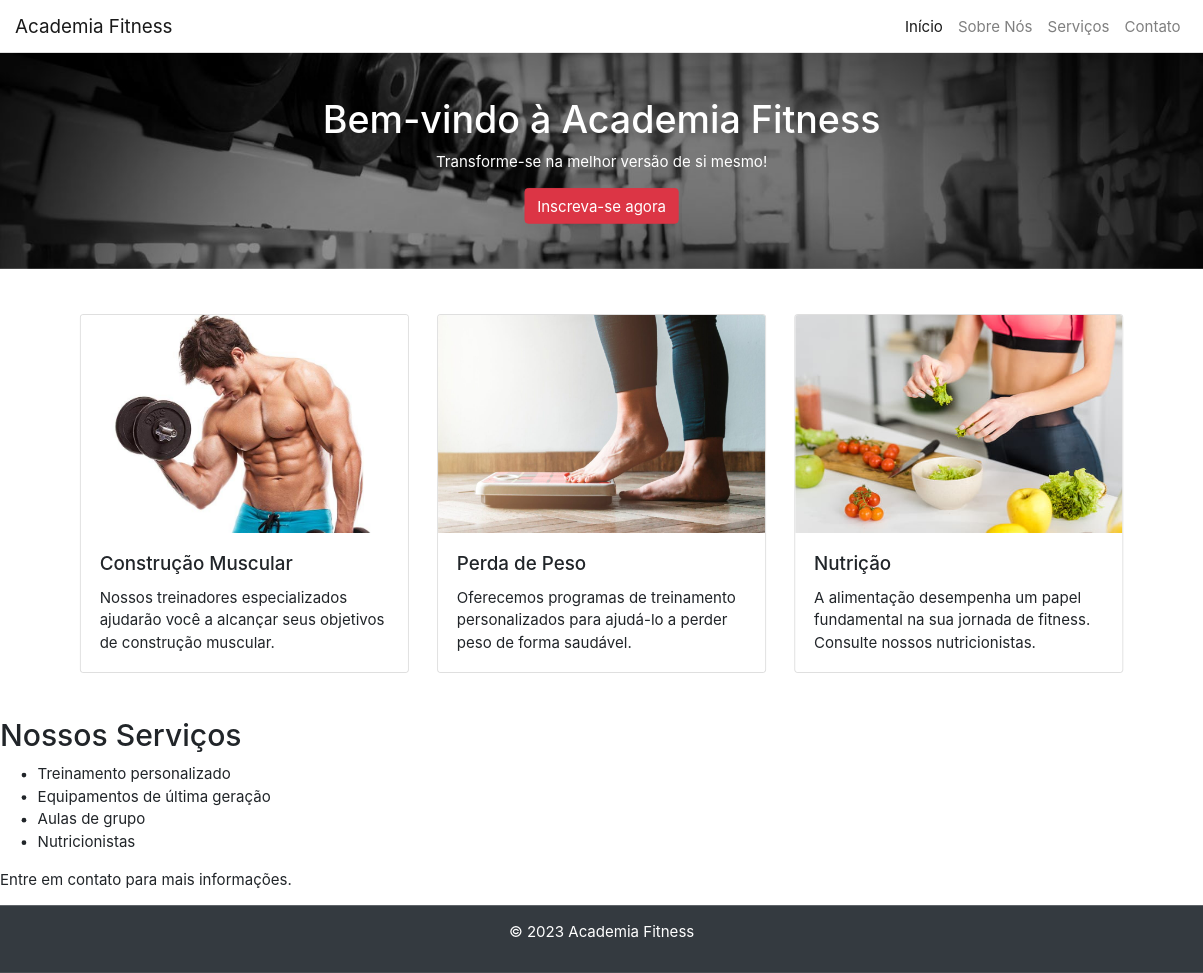
Repository: 01nethy/pratica14
Page: index.html
An editor plug-in stored every save of this project. The page is shown before and after the next save, followed by the edit.
The browser window is 1280 px wide. The pictures show the whole page, at 94% of full size.

Above is the page before, as saved 2023-09-07 23:55:52.

### index.html
<!DOCTYPE html>
<html lang="pt-BR">
<head>
    <meta charset="UTF-8">
    <meta name="viewport" content="width=device-width, initial-scale=1.0">
    <title>Academia de Musculação</title>
    <link rel="stylesheet" href="https://stackpath.bootstrapcdn.com/bootstrap/4.5.2/css/bootstrap.min.css">
    <link rel="stylesheet" href="style.css">
</head>
<body>

<!-- Barra de navegação -->
<nav class="navbar navbar-expand-lg navbar-light bg-white">
    <a class="navbar-brand" href="#">Academia Fitness</a>
    <button class="navbar-toggler" type="button" data-toggle="collapse" data-target="#navbarNav" aria-controls="navbarNav" aria-expanded="false" aria-label="Toggle navigation">
        <span class="navbar-toggler-icon"></span>
    </button>
    <div class="collapse navbar-collapse" id="navbarNav">
        <ul class="navbar-nav ml-auto">
            <li class="nav-item active">
                <a class="nav-link" href="#">Início</a>
            </li>
            <li class="nav-item">
                <a class="nav-link" href="#">Sobre Nós</a>
            </li>
            <li class="nav-item">
                <a class="nav-link" href="#">Serviços</a>
            </li>
            <li class="nav-item">
                <a class="nav-link" href="#">Contato</a>
            </li>
        </ul>
    </div>
</nav>

<!-- Cabeçalho -->
<header id="fundo" class="py-5 text-center">
    <h1>Bem-vindo à Academia Fitness</h1>
    <p>Transforme-se na melhor versão de si mesmo!</p>
    <a class="btn btn-danger" href="#">Inscreva-se agora</a>
</header>

<!-- Seção de Destaque -->
<section class="container my-5">
    <div class="row">
        <div class="col-md-4">
            <div class="card">
                <img src="massa.jpg" class="card-img-top" alt="Ganho de Massa">
                <div class="card-body">
                    <h5 class="card-title">Construção Muscular</h5>
                    <p class="card-text">Nossos treinadores especializados ajudarão você a alcançar seus objetivos de construção muscular.</p>
                </div>
            </div>
        </div>
        <div class="col-md-4">
            <div class="card">
                <img src="peso.jpeg" class="card-img-top" alt="Perda de Peso">
                <div class="card-body">
                    <h5 class="card-title">Perda de Peso</h5>
                    <p class="card-text">Oferecemos programas de treinamento personalizados para ajudá-lo a perder peso de forma saudável.</p>
                </div>
            </div>
        </div>
        <div class="col-md-4">
            <div class="card">
                <img src="nutricao.jpg" class="card-img-top" alt="Nutrição">
                <div class="card-body">
                    <h5 class="card-title">Nutrição</h5>
                    <p class="card-text">A alimentação desempenha um papel fundamental na sua jornada de fitness. Consulte nossos nutricionistas.</p>
                </div>
            </div>
        </div>
    </div>
</section>

          <!-- Elemento aside da academia -->
            <aside class="academia-aside">
                <h2>Nossos Serviços</h2>
                <ul>
                    <li> Treinamento personalizado</li>
                    <li> Equipamentos de última geração</li>
                    <li> Aulas de grupo</li>
                    <li> Nutricionistas</li>
                </ul>
                <p>Entre em contato para mais informações.</p>
            </aside>


<!-- Rodapé -->
<footer class="bg-dark text-white text-center py-3">
    <p>&copy; 2023 Academia Fitness</p>
</footer>


</body>
</html>

### style.css
#fundo{

    background: url(background2.jpg) top left;
    background-size: cover;

}

header{
    color: white;
}

After the next save:
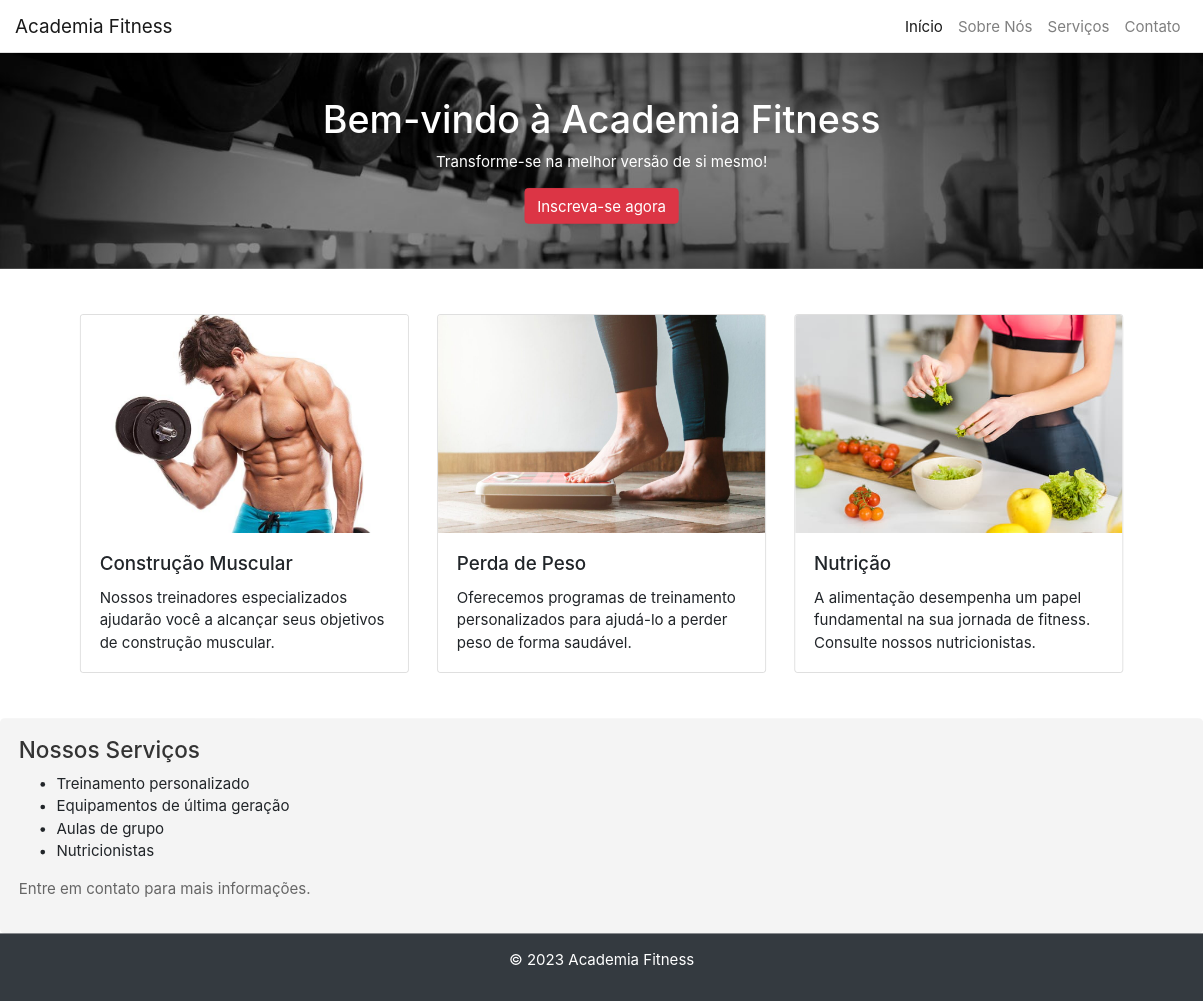
Saved 4 s later.
--- a/style.css
+++ b/style.css
@@ -8,3 +8,20 @@
 header{
     color: white;
 }
+
+.academia-aside {
+    background-color: #f4f4f4;
+    padding: 20px;
+    border-radius: 5px;
+    margin-top: 20px;
+}
+
+.academia-aside h2 {
+    font-size: 24px;
+    color: #333;
+}
+
+.academia-aside p {
+    font-size: 16px;
+    color: #666;
+}
